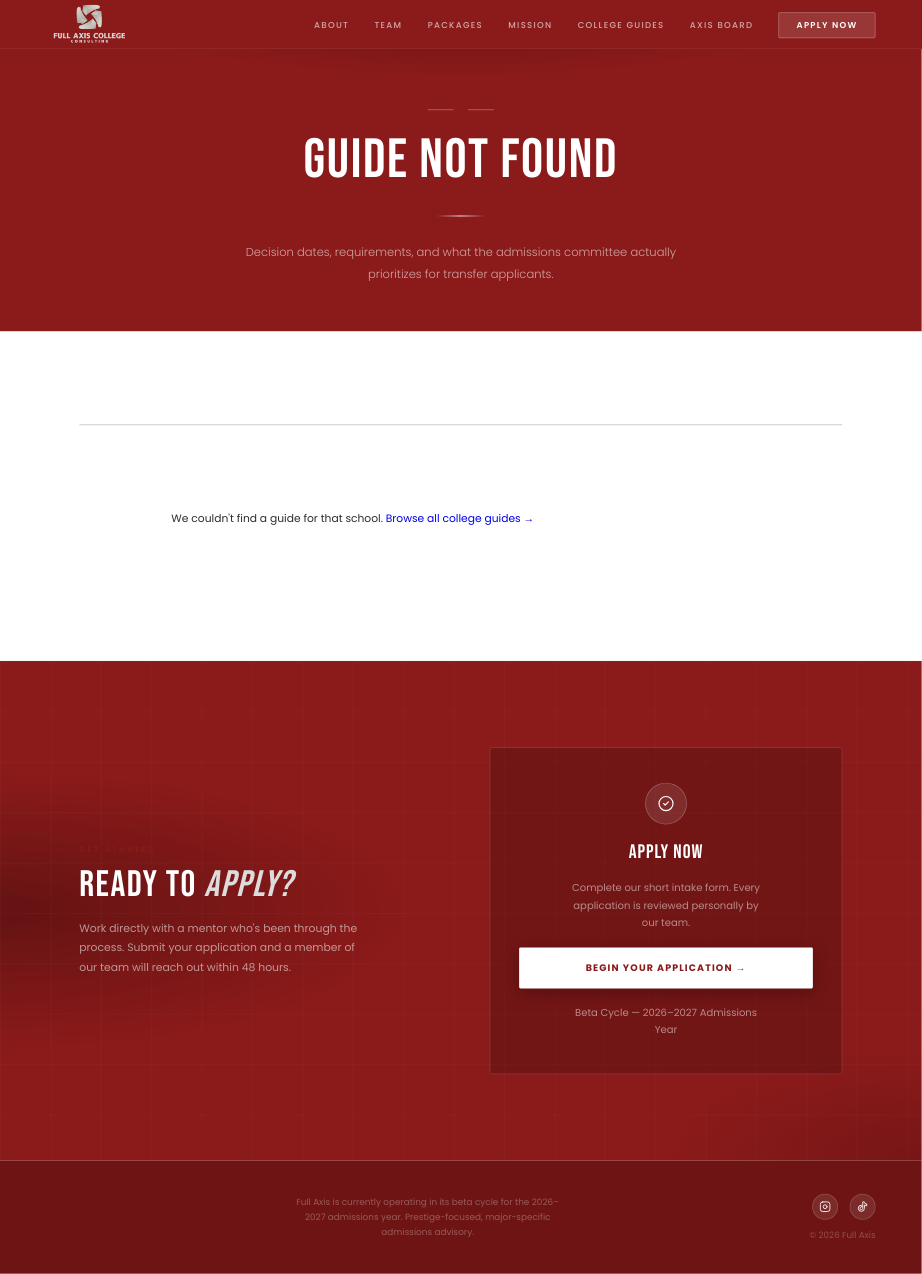
Repository: epeguero8311/cesar
Page: college-guides/guide.html
An editor plug-in stored every save of this project. The page is shown before and after the next save, followed by the edit.
The browser window is 1280 px wide. The pictures show the whole page, at 72% of full size.

Above is the page before, as saved 2026-07-14 21:21:07.

### college-guides/guide.html
<!DOCTYPE html>
<html lang="en">
<head>
<meta charset="UTF-8" />
<meta name="viewport" content="width=device-width, initial-scale=1.0" />
<link rel="icon" type="image/png" href="../Untitled_design__1_-removebg-preview.png" />
<title id="page-title">College Transfer Guide | Full Axis College Consulting</title>
<link rel="preconnect" href="https://fonts.googleapis.com" />
<link rel="preconnect" href="https://fonts.gstatic.com" crossorigin />
<link href="https://fonts.googleapis.com/css2?family=Bebas+Neue&family=Poppins:ital,wght@0,300;0,400;0,500;0,600;0,700;1,400&display=swap" rel="stylesheet" />
<link rel="stylesheet" href="../style.css" />
</head>
<body>

<!-- NAV -->
<nav>
  <div class="nav-brand">
    <a href="../index.html"><img src="../IMG_4736-removebg-preview.png" alt="Full Axis" class="nav-logo-img" /></a>
  </div>
  <ul class="nav-links">
    <li><a href="../index.html#mission">About</a></li>
    <li><a href="../index.html#team">Team</a></li>
    <li><a href="../index.html#pricing">Packages</a></li>
    <li><a href="../transfer-blueprint/index.html">Mission</a></li>
    <li><a href="../college-guides/index.html">College Guides</a></li>
    <li><a href="../kill-board/index.html">Axis Board</a></li>
    <li><a href="../index.html#apply" class="nav-cta">Apply Now</a></li>
  </ul>
</nav>

<!-- SUB HERO -->
<section class="sub-hero">
  <div class="sub-hero-inner">
    <div class="hero-eyebrow" id="guide-eyebrow">&nbsp;</div>
    <h1 class="sub-hero-title" id="guide-title">&nbsp;</h1>
    <div class="hero-rule"></div>
    <p class="sub-hero-sub">Decision dates, requirements, and what the admissions committee actually prioritizes for transfer applicants.</p>
  </div>
</section>

<section class="guide-detail">
  <div class="section-inner">

    <div class="guide-stat-bar reveal" id="guide-stat-bar">
      <!-- filled by JS -->
    </div>

    <div class="guide-body" id="guide-body">
      <!-- filled by JS -->
    </div>
  </div>
</section>

<!-- CTA -->
<section id="apply">
  <div class="section-inner">
    <div class="apply-grid reveal">
      <div>
        <div class="section-label">Get Started</div>
        <h2 class="apply-title" id="cta-title">Ready to <em>apply?</em></h2>
        <p class="apply-sub" id="cta-sub">Work directly with a mentor who's been through the process. Submit your application and a member of our team will reach out within 48 hours.</p>
      </div>
      <div class="apply-box">
        <div class="apply-icon">
          <svg viewBox="0 0 24 24"><path d="M9 12l2 2 4-4M21 12a9 9 0 11-18 0 9 9 0 0118 0z"/></svg>
        </div>
        <h3>Apply Now</h3>
        <p>Complete our short intake form. Every application is reviewed personally by our team.</p>
        <a href="https://docs.google.com/forms/d/e/1FAIpQLSdoFQlOemhVGL9cHiw1zWZMkfWvCgZNxgydIc3T4HkZGuN4dA/viewform?usp=header"
        target="_blank" rel="noopener noreferrer" class="btn-apply">Begin Your Application →</a>
        <p class="apply-fine">Beta Cycle — 2026–2027 Admissions Year</p>
      </div>
    </div>
  </div>
</section>

<!-- FOOTER -->
<footer>
  <div class="ft-logo"> <span></span></div>
  <div class="ft-note">Full Axis is currently operating in its beta cycle for the 2026–2027 admissions year. Prestige-focused, major-specific admissions advisory.</div>
  <div class="ft-right">
    <div class="ft-social">
      <a href="https://www.instagram.com/fullaxisconsulting?igsh=MTVjaGZybGl2OHJxNw==" target="_blank" rel="noopener noreferrer" aria-label="Instagram">
        <svg viewBox="0 0 24 24" stroke="white" fill="none" stroke-width="1.8" stroke-linecap="round" stroke-linejoin="round">
          <rect x="2" y="2" width="20" height="20" rx="5" ry="5"/>
          <circle cx="12" cy="12" r="4"/>
          <circle cx="17.5" cy="6.5" r="0.5" fill="white" stroke="none"/>
        </svg>
      </a>
      <a href="https://www.tiktok.com/@fullaxiscc?_r=1&_t=ZP-95ywb3mjwBK" target="_blank" rel="noopener noreferrer" aria-label="TikTok">
        <svg viewBox="0 0 24 24" fill="white" stroke="none">
          <path d="M19.59 6.69a4.83 4.83 0 01-3.77-4.25V2h-3.45v13.67a2.89 2.89 0 01-2.88 2.5 2.89 2.89 0 01-2.89-2.89 2.89 2.89 0 012.89-2.89c.28 0 .54.04.79.1V9.01a6.33 6.33 0 00-.79-.05 6.34 6.34 0 00-6.34 6.34 6.34 6.34 0 006.34 6.34 6.34 6.34 0 006.33-6.34V8.69a8.24 8.24 0 004.84 1.56V6.81a4.85 4.85 0 01-1.07-.12z"/>
        </svg>
      </a>
    </div>
    <div class="ft-copy">© 2026 Full Axis</div>
  </div>
</footer>
<style>
.ft-right{display:flex;flex-direction:column;align-items:flex-end;gap:0.75rem}
@media(max-width:580px){.ft-right{align-items:center}}
.guide-not-found{padding:4rem 0;text-align:center}
</style>

<script src="../main.js"></script>
<script>
(async function () {
  const params = new URLSearchParams(window.location.search);
  const slug = params.get('school');

  const body = document.getElementById('guide-body');
  const statBar = document.getElementById('guide-stat-bar');

  try {
    const res = await fetch('guides-data.json');
    const data = await res.json();
    const school = slug ? data[slug] : null;

    if (!school) {
      document.getElementById('guide-title').textContent = 'Guide Not Found';
      document.getElementById('guide-eyebrow').textContent = '';
      body.innerHTML = '<div class="guide-not-found"><p>We couldn\'t find a guide for that school. <a href="index.html">Browse all college guides →</a></p></div>';
      return;
    }

    // Title / meta
    document.title = school.name + ' Transfer Acceptance Rate, Decision Date & What They Look For | Full Axis';
    document.getElementById('page-title').textContent = document.title;
    document.getElementById('guide-eyebrow').textContent = school.eyebrow;
    document.getElementById('guide-title').innerHTML = school.name + ' Transfer <em>Acceptance Rate</em>';

    // Stat bar
    statBar.innerHTML = `
      <div class="guide-stat-tile"><div class="label">Recent Rate</div><div class="value">${school.stats.rate}</div></div>
      <div class="guide-stat-tile"><div class="label">Application Deadline</div><div class="value">${school.stats.deadline}</div></div>
      <div class="guide-stat-tile"><div class="label">Decisions Released</div><div class="value">${school.stats.decisionsReleased}</div></div>
      <div class="guide-stat-tile"><div class="label">Terms Offered</div><div class="value">${school.stats.terms}</div></div>
    `;

    // Body
    const overviewHtml = school.overview.map(p => `<p>${p}</p>`).join('');
    const lookingForHtml = school.lookingFor.map(li => `<li>${li}</li>`).join('');
    const requirementsHtml = school.requirements.map(li => `<li>${li}</li>`).join('');

    body.innerHTML = `
      <h2>Overview</h2>
      ${overviewHtml}

      <h2>What ${school.name.split(' ')[0]} Looks For</h2>
      <ul>${lookingForHtml}</ul>

      <h2>Requirements &amp; Deadlines</h2>
      <ul>${requirementsHtml}</ul>

      <div class="mentor-tie-in">
        <p><strong>Full Axis has a mentor for this school.</strong> ${school.mentor.text}</p>
      </div>

      <p class="data-note">${school.dataNote}</p>
    `;

    document.getElementById('cta-title').innerHTML = `Targeting <em>${school.name.split(' ')[0]}?</em>`;

  } catch (err) {
    console.error('Failed to load guide data:', err);
    body.innerHTML = '<p>Something went wrong loading this guide. Please try again shortly.</p>';
  }
})();
</script>
</body>
</html>

Loaded but not shown: college-guides/guides-data.json (2297 lines, source omitted); main.js (5 lines, source omitted); style.css (517 lines, source omitted)

After the next save:
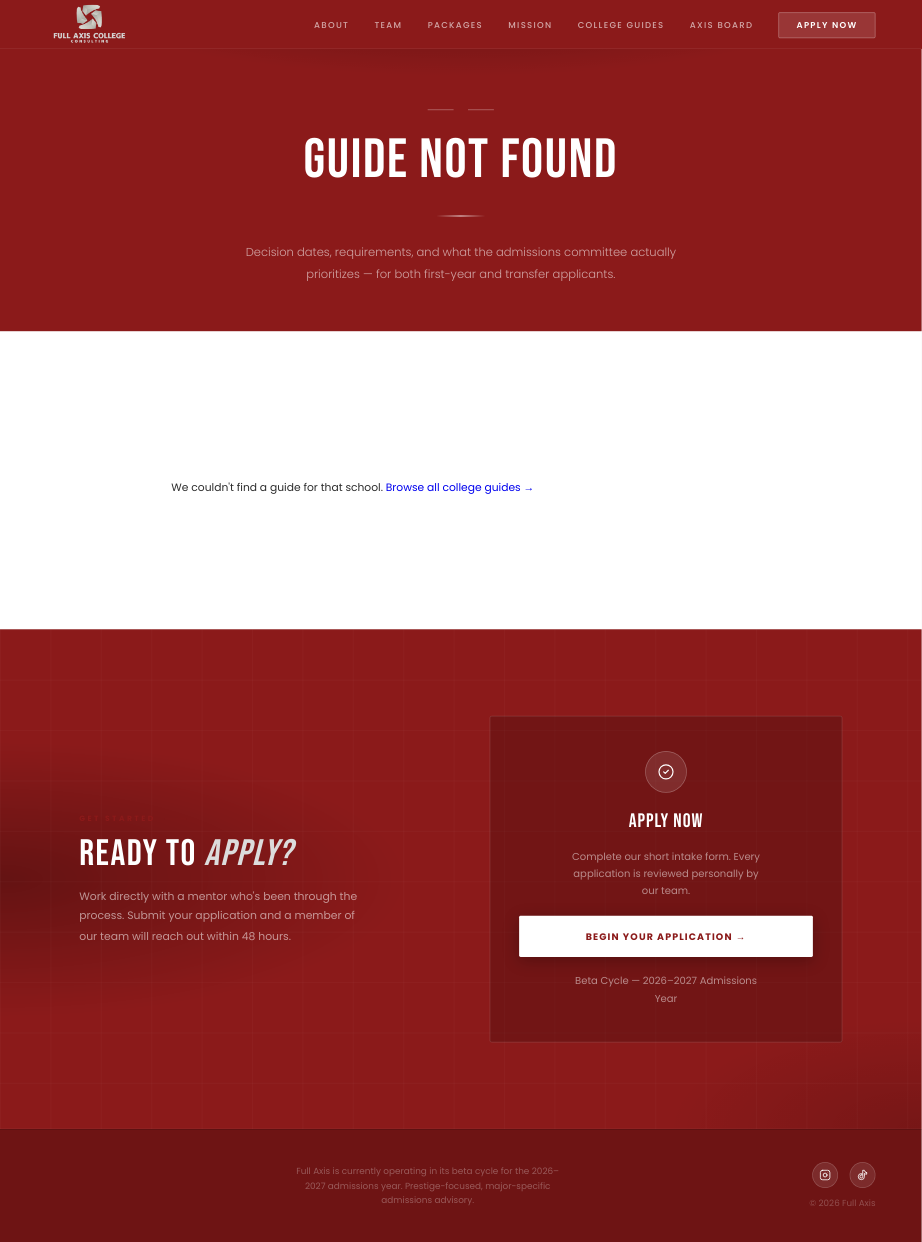
Saved 25 s later.
--- a/college-guides/guide.html
+++ b/college-guides/guide.html
@@ -4,7 +4,7 @@
 <meta charset="UTF-8" />
 <meta name="viewport" content="width=device-width, initial-scale=1.0" />
 <link rel="icon" type="image/png" href="../Untitled_design__1_-removebg-preview.png" />
-<title id="page-title">College Transfer Guide | Full Axis College Consulting</title>
+<title id="page-title">College Admissions Guide | Full Axis College Consulting</title>
 <link rel="preconnect" href="https://fonts.googleapis.com" />
 <link rel="preconnect" href="https://fonts.gstatic.com" crossorigin />
 <link href="https://fonts.googleapis.com/css2?family=Bebas+Neue&family=Poppins:ital,wght@0,300;0,400;0,500;0,600;0,700;1,400&display=swap" rel="stylesheet" />
@@ -34,17 +34,12 @@
     <div class="hero-eyebrow" id="guide-eyebrow">&nbsp;</div>
     <h1 class="sub-hero-title" id="guide-title">&nbsp;</h1>
     <div class="hero-rule"></div>
-    <p class="sub-hero-sub">Decision dates, requirements, and what the admissions committee actually prioritizes for transfer applicants.</p>
+    <p class="sub-hero-sub">Decision dates, requirements, and what the admissions committee actually prioritizes — for both first-year and transfer applicants.</p>
   </div>
 </section>
 
 <section class="guide-detail">
   <div class="section-inner">
-
-    <div class="guide-stat-bar reveal" id="guide-stat-bar">
-      <!-- filled by JS -->
-    </div>
-
     <div class="guide-body" id="guide-body">
       <!-- filled by JS -->
     </div>
@@ -100,6 +95,9 @@
 .ft-right{display:flex;flex-direction:column;align-items:flex-end;gap:0.75rem}
 @media(max-width:580px){.ft-right{align-items:center}}
 .guide-not-found{padding:4rem 0;text-align:center}
+.guide-section-heading{margin-top:3rem}
+.guide-section-heading:first-child{margin-top:0}
+.guide-section-divider{border:none;border-top:1px solid rgba(255,255,255,0.12);margin:3rem 0}
 </style>
 
 <script src="../main.js"></script>
@@ -109,7 +107,35 @@
   const slug = params.get('school');
 
   const body = document.getElementById('guide-body');
-  const statBar = document.getElementById('guide-stat-bar');
+
+  function buildSection(label, s, schoolName) {
+    const overviewHtml = s.overview.map(p => `<p>${p}</p>`).join('');
+    const lookingForHtml = s.lookingFor.map(li => `<li>${li}</li>`).join('');
+    const requirementsHtml = s.requirements.map(li => `<li>${li}</li>`).join('');
+    return `
+      <div class="guide-stat-bar reveal">
+        <div class="guide-stat-tile"><div class="label">${label} Acceptance Rate</div><div class="value">${s.rate}</div></div>
+        <div class="guide-stat-tile"><div class="label">Application Deadline</div><div class="value">${s.deadline}</div></div>
+        <div class="guide-stat-tile"><div class="label">Decisions Released</div><div class="value">${s.decisionsReleased}</div></div>
+        <div class="guide-stat-tile"><div class="label">Terms Offered</div><div class="value">${s.terms}</div></div>
+      </div>
+
+      <h2>Overview</h2>
+      ${overviewHtml}
+
+      <h2>What ${schoolName.split(' ')[0]} Looks For</h2>
+      <ul>${lookingForHtml}</ul>
+
+      <h2>Requirements &amp; Deadlines</h2>
+      <ul>${requirementsHtml}</ul>
+
+      <div class="mentor-tie-in">
+        <p><strong>Full Axis has a mentor for this school.</strong> ${s.mentor.text}</p>
+      </div>
+
+      <p class="data-note">${s.dataNote}</p>
+    `;
+  }
 
   try {
     const res = await fetch('guides-data.json');
@@ -124,39 +150,19 @@
     }
 
     // Title / meta
-    document.title = school.name + ' Transfer Acceptance Rate, Decision Date & What They Look For | Full Axis';
+    document.title = school.name + ' First-Year & Transfer Acceptance Rate | Full Axis';
     document.getElementById('page-title').textContent = document.title;
     document.getElementById('guide-eyebrow').textContent = school.eyebrow;
-    document.getElementById('guide-title').innerHTML = school.name + ' Transfer <em>Acceptance Rate</em>';
-
-    // Stat bar
-    statBar.innerHTML = `
-      <div class="guide-stat-tile"><div class="label">Recent Rate</div><div class="value">${school.stats.rate}</div></div>
-      <div class="guide-stat-tile"><div class="label">Application Deadline</div><div class="value">${school.stats.deadline}</div></div>
-      <div class="guide-stat-tile"><div class="label">Decisions Released</div><div class="value">${school.stats.decisionsReleased}</div></div>
-      <div class="guide-stat-tile"><div class="label">Terms Offered</div><div class="value">${school.stats.terms}</div></div>
-    `;
-
-    // Body
-    const overviewHtml = school.overview.map(p => `<p>${p}</p>`).join('');
-    const lookingForHtml = school.lookingFor.map(li => `<li>${li}</li>`).join('');
-    const requirementsHtml = school.requirements.map(li => `<li>${li}</li>`).join('');
+    document.getElementById('guide-title').innerHTML = school.name + ' <em>Admissions Guide</em>';
 
     body.innerHTML = `
-      <h2>Overview</h2>
-      ${overviewHtml}
+      <div class="section-label guide-section-heading">First-Year Admissions</div>
+      ${buildSection('First-Year', school.firstYear, school.name)}
 
-      <h2>What ${school.name.split(' ')[0]} Looks For</h2>
-      <ul>${lookingForHtml}</ul>
+      <hr class="guide-section-divider" />
 
-      <h2>Requirements &amp; Deadlines</h2>
-      <ul>${requirementsHtml}</ul>
-
-      <div class="mentor-tie-in">
-        <p><strong>Full Axis has a mentor for this school.</strong> ${school.mentor.text}</p>
-      </div>
-
-      <p class="data-note">${school.dataNote}</p>
+      <div class="section-label guide-section-heading">Transfer Admissions</div>
+      ${buildSection('Transfer', school.transfer, school.name)}
     `;
 
     document.getElementById('cta-title').innerHTML = `Targeting <em>${school.name.split(' ')[0]}?</em>`;
